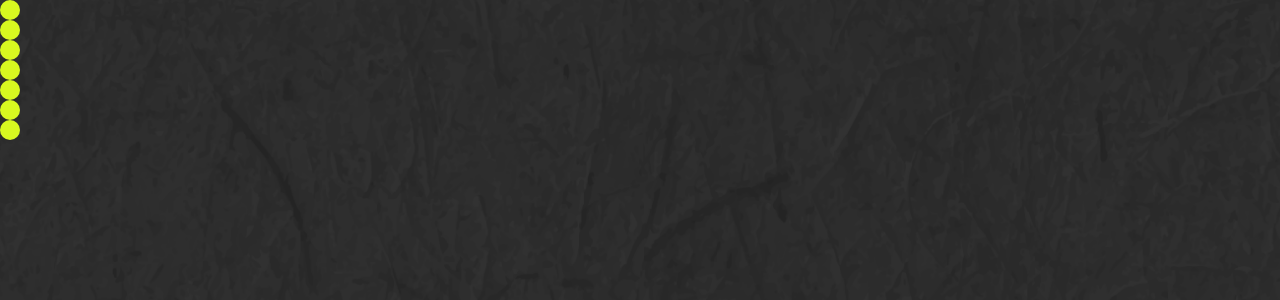
Repository: sem1103/fitness-test
Page: index.html
The author's editor kept a copy of each file at every save. The page is drawn from the files as they stood at one save, then again after the next save.
The browser window is 1280 px wide. The pictures show the whole page.

Above is the page before, as saved 2023-11-03 16:22:26.

### index.html
<!DOCTYPE html>
<html lang="en">
<head>
    <meta charset="UTF-8">
    <meta name="viewport" content="width=device-width, initial-scale=1.0">
    <title>Fitness</title>
    <link rel="stylesheet" href="style/reset.css">
    <link rel="stylesheet" href="style/main.css">
</head>
<body>
    <div id="circles">
        <ul>
            <li></li>
            <li></li>
            <li></li>
            <li></li>
            <li></li>
            <li></li>
            <li></li>
        </ul>
    </div>
    <header></header>
    <main></main>
</body>
</html>

### style/main.css
body{
    min-height: 100vh;
    background: url(../img/background.png) center/cover;
    position: relative;
}
#circles{
    position: absolute;
}

#circles li{
    padding: 10px;
    display: block;
    background-color: #d8f820;
    border-radius: 50%;
}

Loaded but not shown: style/reset.css (common file)

After the next save:
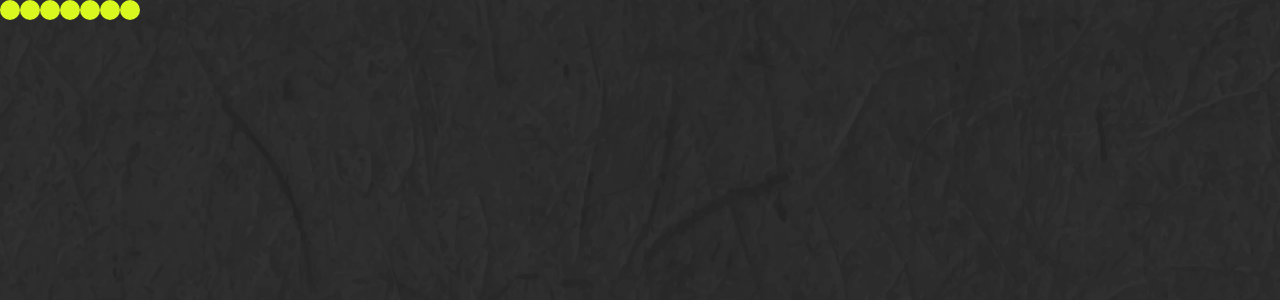
Saved 46 s later.
--- a/style/main.css
+++ b/style/main.css
@@ -6,7 +6,11 @@
 #circles{
     position: absolute;
 }
-
+#circles ul{
+    display: flex;
+    flex-direction: row;
+    row-gap: 15px;
+}
 #circles li{
     padding: 10px;
     display: block;
